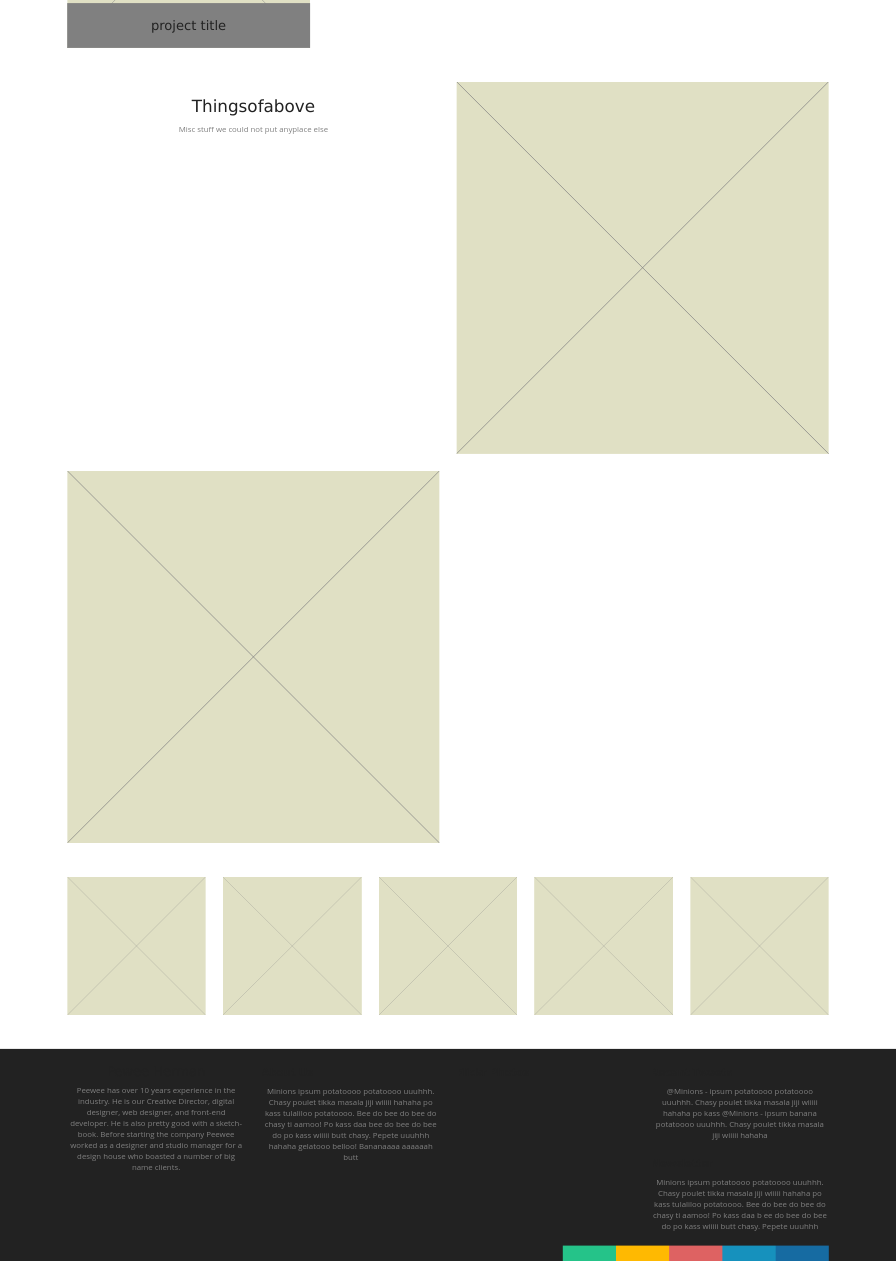
Repository: msyukurrr/metrolics_assignment
Page: index.html
The author's editor kept a copy of each file at every save. The page is drawn from the files as they stood at one save, then again after the next save.
The browser window is 1280 px wide. The pictures show the part of the page from y = 2929 to 4849 px (the page is 4731 px tall before and 4849 px after), at 70% of full size.

Above is the page before, as saved 2022-01-31 12:18:39.

After the next save:
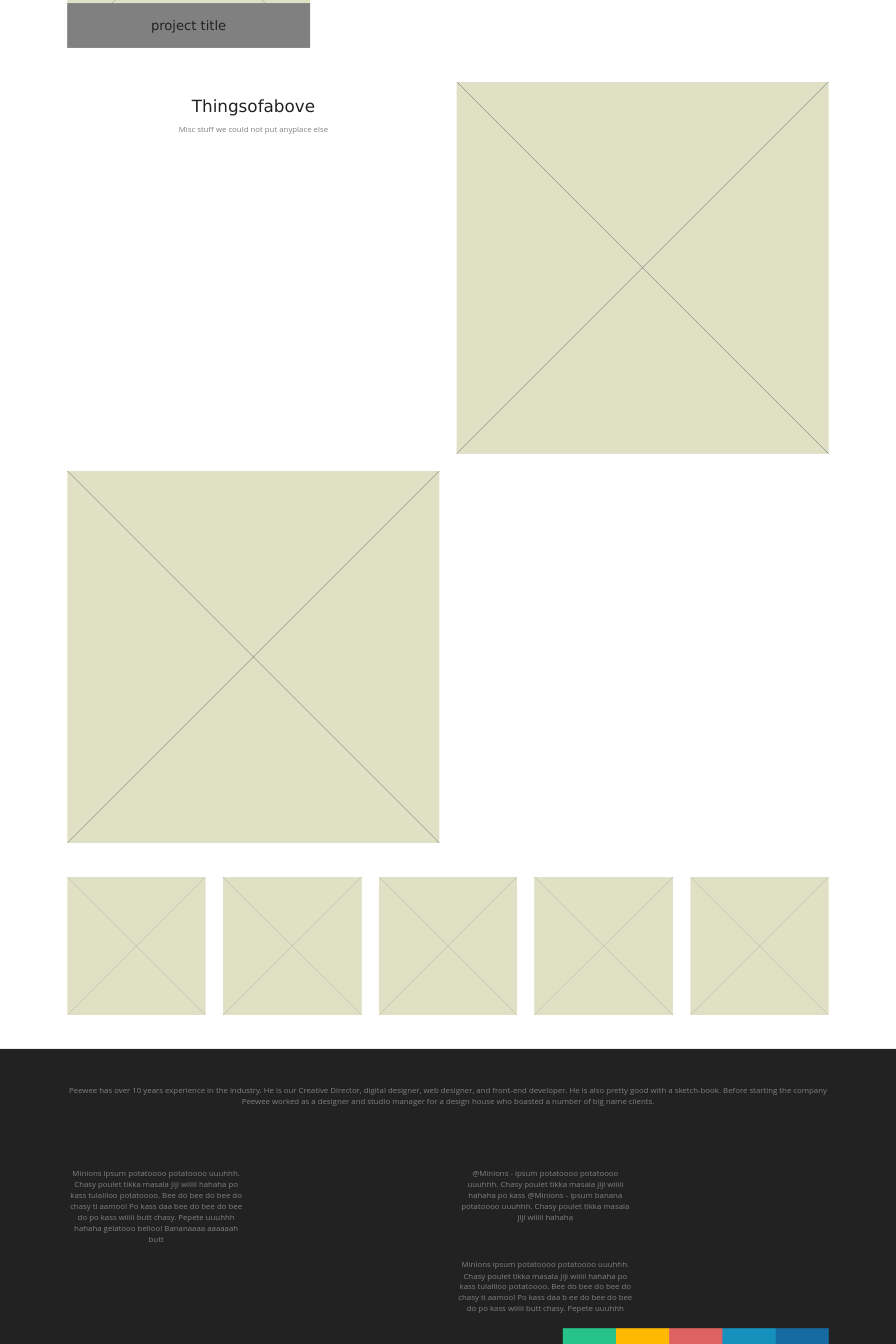
Saved 7 s later.
--- a/index.html
+++ b/index.html
@@ -235,7 +235,7 @@
 
 <footer class="page__footer">
   <div class="row m-col-2 l-col-4 row-no-margin">
-    <div class="page__footer__intro column span-full">
+    <div class="page__footer__intro column row-span">
         <h3 class="heading">
           Pewee Herman
         </h3>
